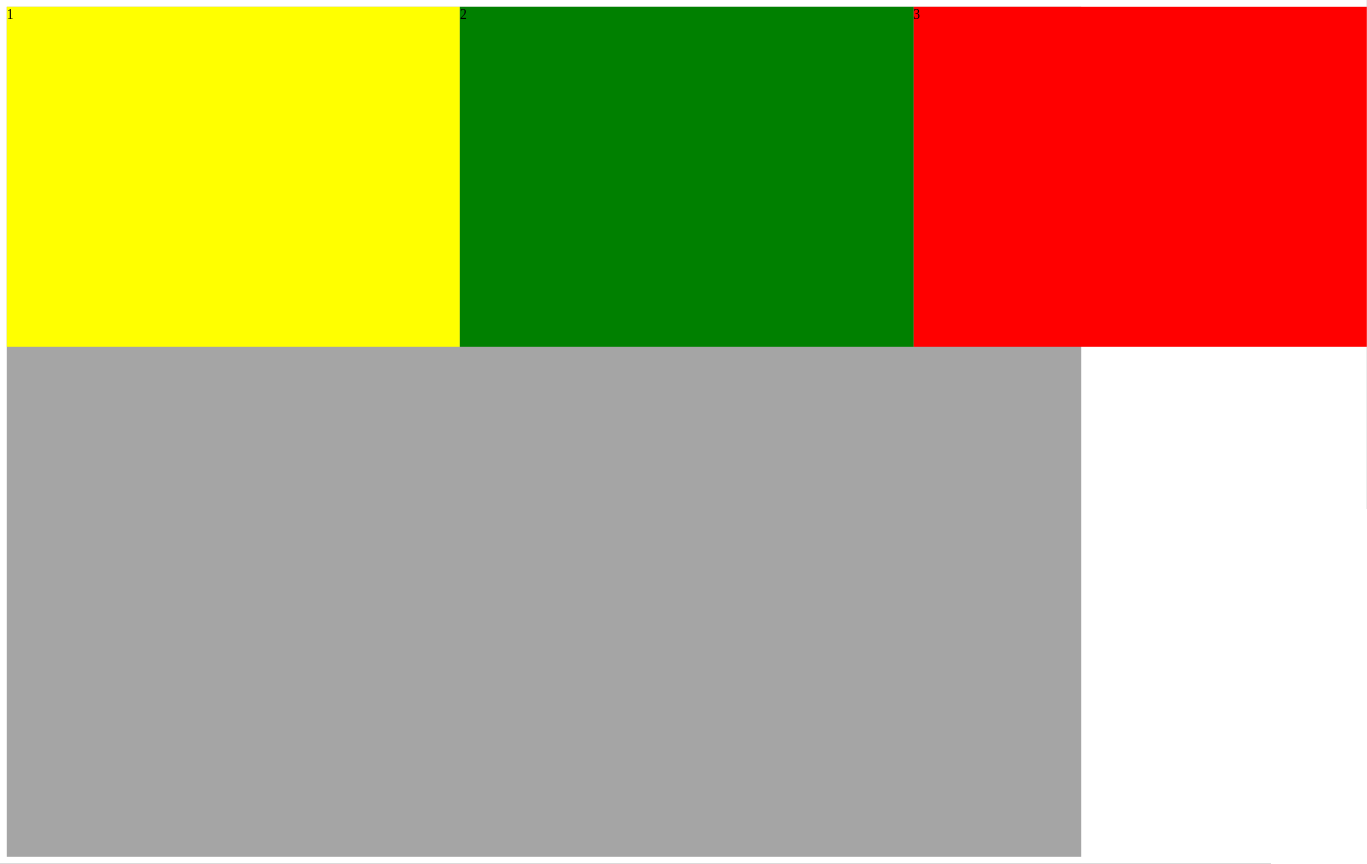
Repository: motiejus1/13-paskaita-05.31
Page: index.html
These files come from the project's save history. The page is drawn as it stood at one moment and after a run of saves; the edit follows.
The browser window is 1280 px wide. The page is 1608 px wide, then 1440 px, so the pictures cover 1608 px, including what lies to the right of the window. The pictures show the whole page, at 85% of full size.

Above is the page before, as saved 2021-06-21 19:49:05.

After the next 2 saves:
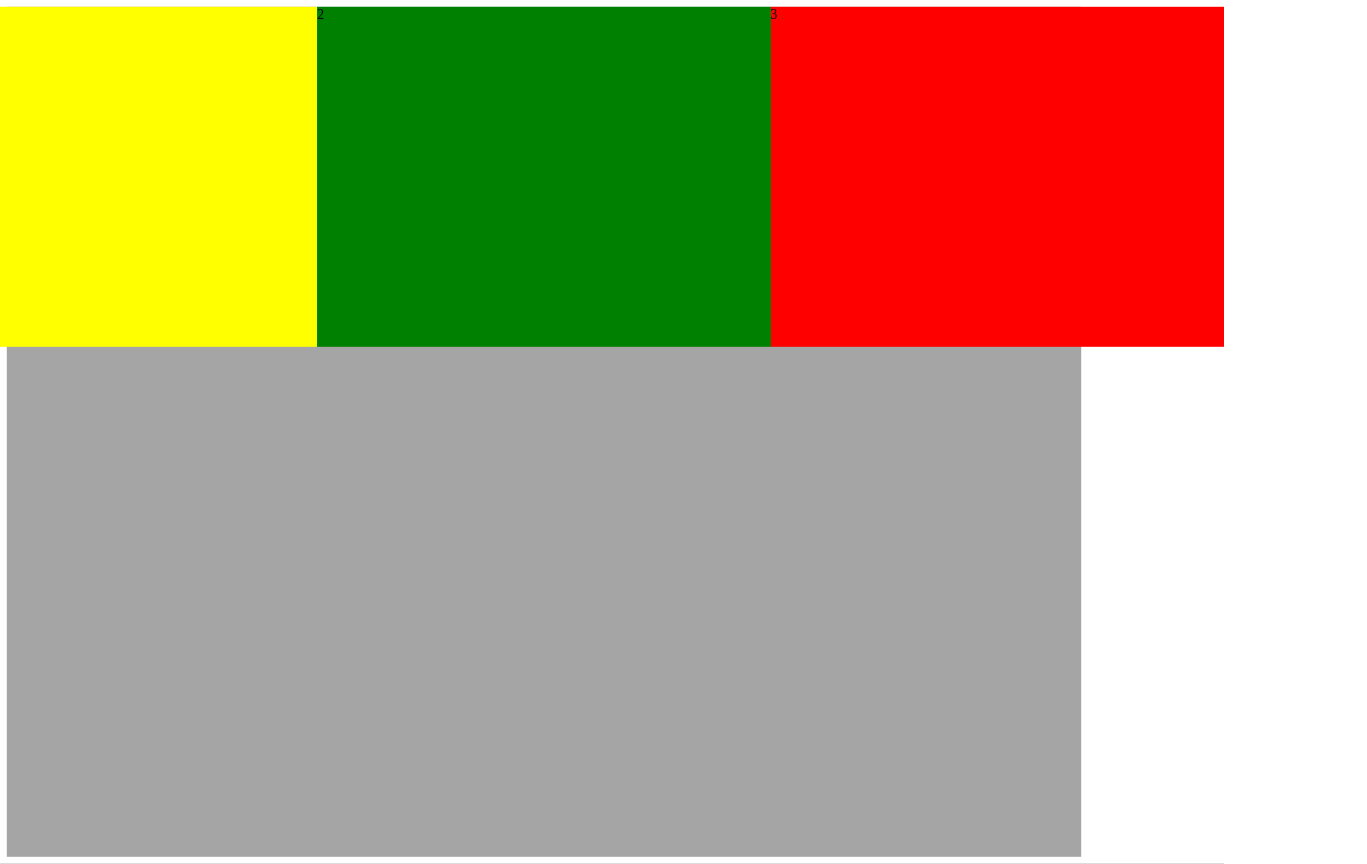
The 2 saves are shown as one change because they came seconds apart.
The last was saved 2 min 5 s later.
--- a/index.html
+++ b/index.html
@@ -16,6 +16,8 @@
         .kvadratai {
             width: 1600px;
             position:absolute;
+            left: 50%;
+            transform: translate(-50%);
         }
 
         .kvadratas {
